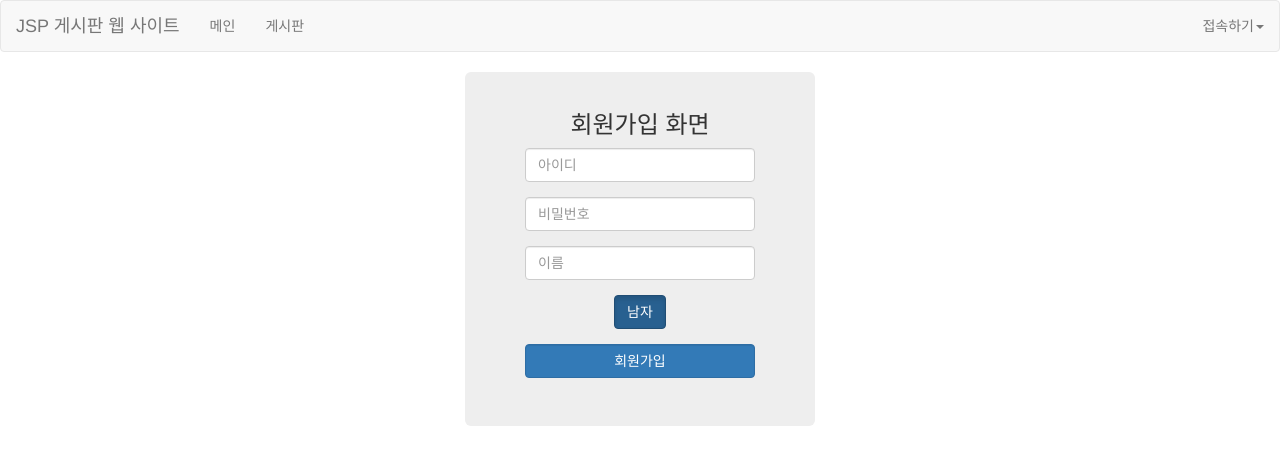
Repository: winter9388/JSP_BBS
Page: http://localhost/BBS/join.jsp
The author's editor kept a copy of each file at every save. The page is drawn from the files as they stood at one save, then again after the next save.
The browser window is 1280 px wide. The pictures show the whole page.
Some web libraries are served in a nearby version. The page is served by Tomcat 9. Other server files are loaded and not shown.

Above is the page before, as saved 2022-08-11 07:05:01.

### BBS/src/main/webapp/join.jsp
<%@ page language="java" contentType="text/html; charset=UTF-8"
    pageEncoding="UTF-8"%>
<!DOCTYPE html>
<html>
<head>
<meta charset="UTF-8">
<meta name="viewport" content="width=device-width", initial-scale="1">
<link rel="stylesheet" href="css/bootstrap.css">
<title>JSP 게시판 웹 사이트</title>
</head>
<body>
	<nav class="navbar navbar-default">
		<div class="navbar-header">
			<button type="button" class="navbar-toggle collapsed"
				data-toggle="collapse" data-target="#bs-example-navbar-collapse-1"
				aria-expended="false">
				<span class="icon-bar"></span>
				<span class="icon-bar"></span>
				<span class="icon-bar"></span>
			</button>
			<a class="navbar-brand" href="main.jsp">JSP 게시판 웹 사이트</a>
		</div>
		<div class="collapse navbar-collapse" id="bs-example-navbar-collapse-1"
			aria-expended="false">
			<ul class="nav navbar-nav">
				<li><a href="main.jsp">메인</a></li>
				<li><a href="bbs.jsp">게시판</a></li>
			</ul>
			<ul class="nav navbar-nav navbar-right">
				<li class="dropdown">
					<a href="#" class="dropdown-toggle"
						data-toggle="dropdown" role="button" aria-haspopup="true"
						aria-expanded="false">접속하기<span class="caret"></span></a>
					<ul class="dropdown-menu">
						<li class="active"><a href="login.jsp">로그인</a></li>
						<li><a href="join.jsp">회원가입</a></li>
					</ul>
				</li>
			</ul>
		</div>
	</nav>
	<div class="container">
		<div class="col-lg-4"></div>
		<div class="col-lg-4">
			<div class="jumbotron" style="padding-top: 20px">
				<form method="post" action="loginAction.jsp">
					<h3 style="text-align: center;">회원가입 화면</h3>
					<div class="form-group">
						<input type="text" class="form-control" placeholder="아이디" name="userID" maxlength="20">
					</div>
					<div class="form-group">
						<input type="password" class="form-control" placeholder="비밀번호" name="userPassword" maxlength="20">
					</div>
					<div class="form-group">
						<input type="text" class="form-control" placeholder="이름" name="userName" maxlength="20">
					</div>
					<div class="form-group" style="text-align: center;">
						<div class="btn-group" data-toggle="buttons">
							<label class="btn btn-primary active">
								<input type="radio" name="userGender" autocomplete="off" value="남자" checked>남자
							</label>
						</div>
					</div>
					<input type="submit" class="btn btn-primary form-control" value="회원가입">
				</form>
			</div>
		</div>
		<div class="col-lg-4"></div>
	</div>

	<script src="https://code.jquery.com/jquery-3.1.1.min.js"></script>
	<script src="js/bootstrap.js"></script>
</body>
</html>

Loaded but not shown: BBS/src/main/webapp/css/bootstrap.css (library); BBS/src/main/webapp/js/bootstrap.js (library)

After the next save:
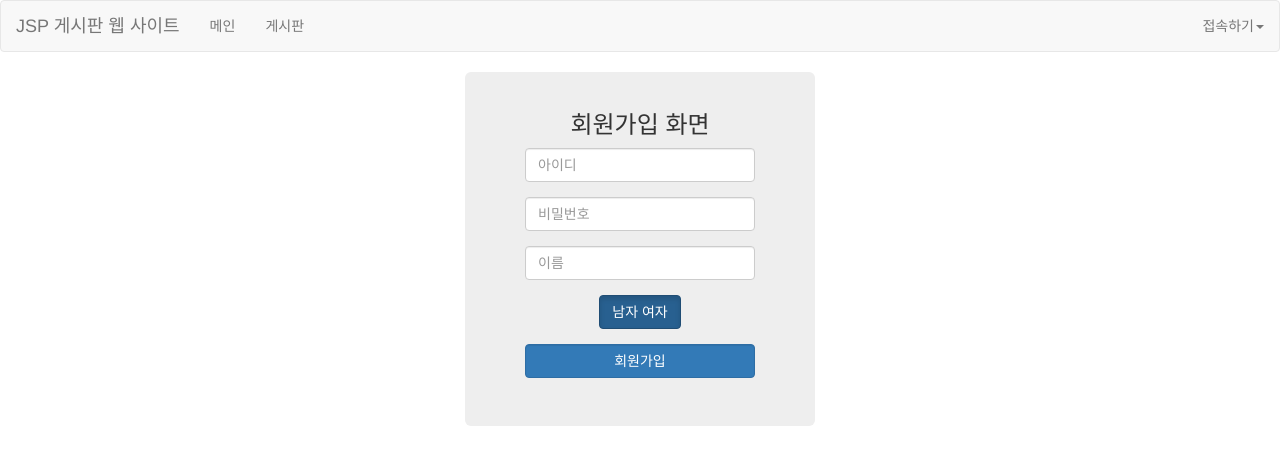
Saved 21 s later.
--- a/BBS/src/main/webapp/join.jsp
+++ b/BBS/src/main/webapp/join.jsp
@@ -58,6 +58,7 @@
 						<div class="btn-group" data-toggle="buttons">
 							<label class="btn btn-primary active">
 								<input type="radio" name="userGender" autocomplete="off" value="남자" checked>남자
+								<input type="radio" name="userGender" autocomplete="off" value="여자">여자
 							</label>
 						</div>
 					</div>
